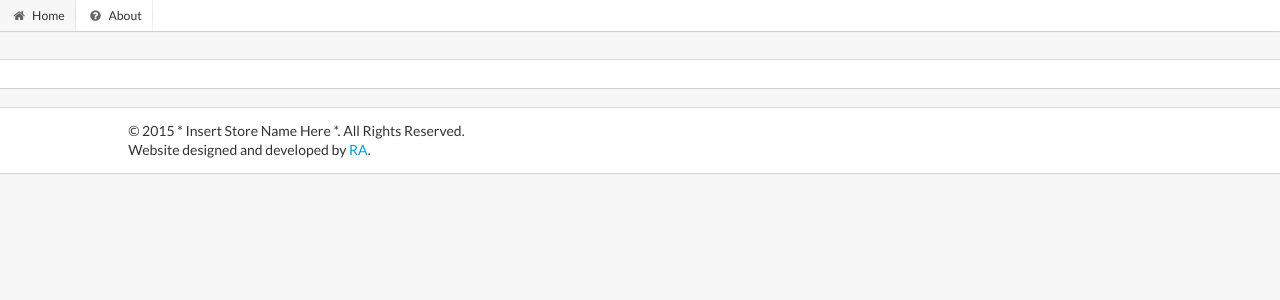
Repository: thdrwngkd/oims
Page: public/forgot-password.html
The author's editor kept a record of every edit. The page is drawn from the files as they stood at one moment, then again after the next edit.
The browser window is 1280 px wide. The pictures show the whole page.

Above is the page before.

After the next edit:
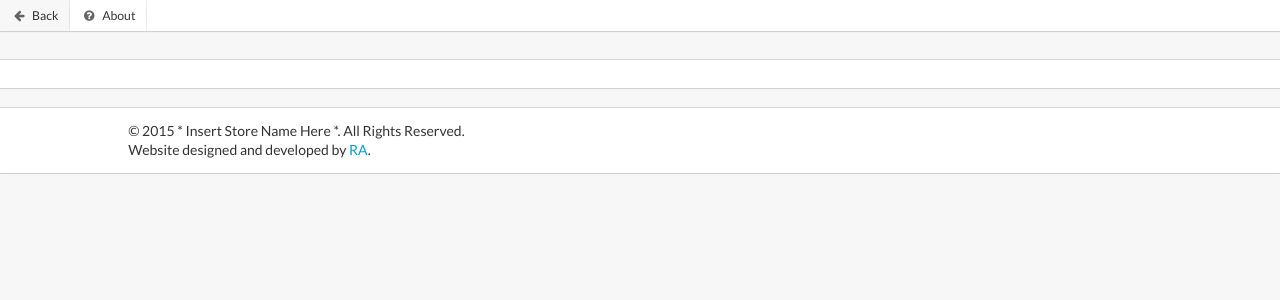
The edit:
--- a/public/forgot-password.html
+++ b/public/forgot-password.html
@@ -22,8 +22,8 @@
     <!-- Start  Header Navbar -->
     <header>
       <nav class="ui fixed fluid main small menu">
-        <a class="item"><i class="home icon"></i>  Home</a>
-        <a class="item"><i class="help circle icon"></i> About</a>
+        <a class="item" href="index.html"><i class="arrow left icon"></i>  Back</a>
+        <a class="item" href="about.html"><i class="help circle icon"></i> About</a>
       </nav>
     </header>
     <!-- End    Header Navbar -->
